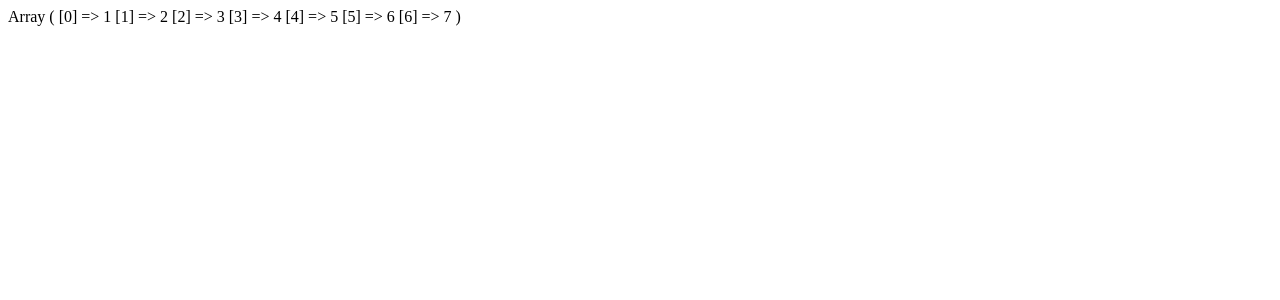
Repository: wangying713/algo
Page: http://localhost/test/0221/BubbleSort.php
The author's editor kept a copy of each file at every save. The page is drawn from the files as they stood at one save, then again after the next save.
The browser window is 1280 px wide. The pictures show the whole page.
The page is run by PHP 8.4 with error messages shown; the project is at /var/www/html/.

Above is the page before, as saved 2020-02-21 23:17:03.

### test/0221/BubbleSort.php
<?php
/**
 * 冒泡排序
 *  算法步骤：
 *      1. 相邻的元素比较，当满足大小关系的时候，交换位置。一次排序，至少有一个元素会出现在应该出现的位置
 *      2. 冒泡排序的操作是两个原子，比较和交换
 *  复杂度：
 *      1. 时间复杂度O(n2)
 *      2. 由于是原地排序时间复杂度位 O(1)
 *      3. 没有改变相同值的顺序，因此是稳定算法
 *
 *   优化：
 *      1. 当没有数据交换时，代表已经有序，则跳出循环
 *      2. 每次排序之后都会有临界点，范围定在循环指定临界点
 *
 */
function bubbleSort(&$nums)
{
    $count = count($nums);

    for ($i = 0; $i < $count; $i++) {

        $swap = false;

        for ($j = 0; $j < $count - 1; $j++) {

            if ($nums[$j] > $nums[$j + 1]) {
                $tmp = $nums[$j];
                $nums[$j] = $nums[$j + 1];
                $nums[$j + 1] = $tmp;
                $swap = true;
            }
        }
    }
}

$nums = [6, 7, 1, 3, 2, 5, 4];
$rs = bubbleSort($nums);
print_r($nums);

After the next save:
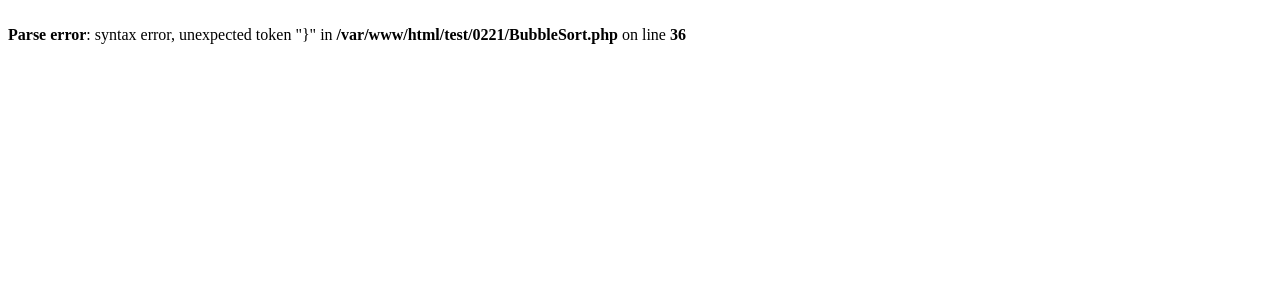
Saved 6 s later.
--- a/test/0221/BubbleSort.php
+++ b/test/0221/BubbleSort.php
@@ -31,6 +31,8 @@
                 $swap = true;
             }
         }
+
+        if($swap == false)
     }
 }
 

After the save that followed:
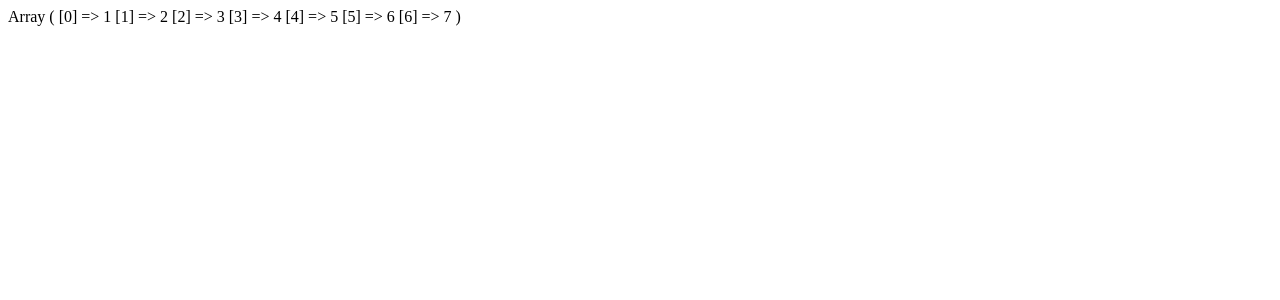
Saved 10 s later.
--- a/test/0221/BubbleSort.php
+++ b/test/0221/BubbleSort.php
@@ -32,7 +32,10 @@
             }
         }
 
-        if($swap == false)
+        if (!$swap) {
+            break;
+        }
+
     }
 }
 
